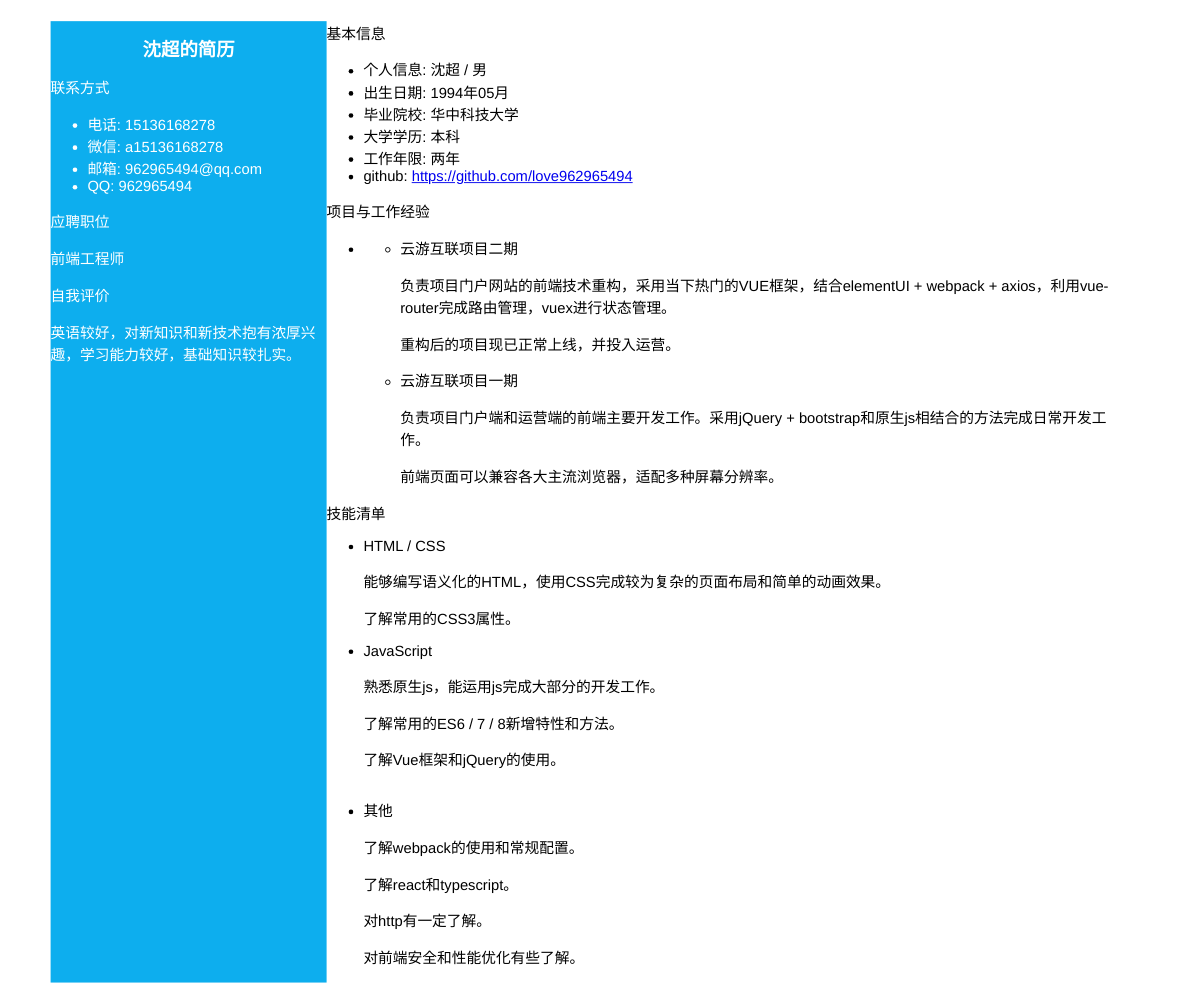
Repository: love962965494/my-resume
Page: index.html
These files come from the project's save history. The page is drawn as it stood at one moment and after the next save; the edit follows.
The browser window is 1280 px wide. The pictures show the whole page, at 92% of full size.
The style sheet was rebuilt from its Sass, Less or Tailwind sources for each picture, by a compiler version that may differ from the author's.

Above is the page before, as saved 2018-09-02 17:21:32.

### index.html
<!DOCTYPE html>
<html lang="en">

<head>
  <meta charset="UTF-8">
  <meta name="viewport" content="width=device-width, initial-scale=1.0">
  <meta http-equiv="X-UA-Compatible" content="ie=edge">
  <title>沈超的简历</title>
  <link rel="stylesheet" href="./styles/myResume.css">
</head>

<body>
  <div id="container" class="container">
    <!-- 左边栏 -->
    <aside class="content__left">
      <!-- 头像区域 -->
      <div class="content__left--title">
        <h2>沈超的简历</h2>
      </div>

      <!-- 联系方式区域 -->
      <div class="content__left--contact">
        <span class="title">
          <i class="fas fa-pencil-alt"></i>
          <span>联系方式</span>
        </span>
        <ul class="contact-list">
          <li>
            <span>
              <i class="fas fa-mobile-alt"></i>
            </span>
            <span>电话:</span>
            <span>15136168278</span>
          </li>
          <li>
            <span>
              <i class="fab fa-weixin"></i>
            </span>
            <span>微信:</span>
            <span>a15136168278</span>
          </li>
          <li>
            <span>
              <i class="far fa-envelope"></i>
            </span>
            <span>邮箱:</span>
            <span>962965494@qq.com</span>
          </li>
          <li>
            <span>
              <i class="fab fa-qq"></i>
            </span>
            <span>QQ:</span>
            <span>962965494</span>
          </li>
        </ul>
      </div>

      <!-- 应聘职位区域 -->
      <div class="content__left--application">
        <span class="title">
          <i class="fas fa-pencil-alt"></i>
          <span>应聘职位</span>
        </span>
        <p class="application-job">前端工程师</p>
      </div>

      <!-- 个人评价区域 -->
      <div class="content__left--evaluation">
        <span class="title">
          <i class="fas fa-pencil-alt"></i>
          <span>自我评价</span>
        </span>
        <p class="self-evaluate">英语较好，对新知识和新技术抱有浓厚兴趣，学习能力较好，基础知识较扎实。</p>
      </div>
    </aside>

    <!-- 右边栏 -->
    <div class="content__right">
      <!-- 基本信息 -->
      <div class="basic-info info">
        <div class="header">
          <i class="fas fa-anchor"></i>
          <span>基本信息</span>
        </div>
        <div class="content">
          <ul>
            <li>
              <span>个人信息:</span>
              <span>沈超&nbsp;/&nbsp;男</span>
            </li>
            <li>
              <span>出生日期:</span>
              <span>1994年05月</span>
            </li>
            <li>
              <span>毕业院校:</span>
              <span>华中科技大学</span>
            </li>
            <li>
              <span>大学学历:</span>
              <span>本科</span>
            </li>
            <li>
              <span>工作年限:</span>
              <span>两年</span>
            </li>
            <li>
              <span>github:</span>
              <span><a href="https://github.com/love962965494" target="_blank">https://github.com/love962965494</a></span>
            </li>
          </ul>
        </div>
      </div>

      <!-- 项目经验 -->
      <div class="experience-info info">
        <div class="header">
          <i class="fas fa-anchor"></i>
          <span>项目与工作经验</span>
        </div>
        <div class="content">
          <ul>
            <li>
              <div class="company-info"></div>
              <ul class="work-experience-list">
                <li>
                  <div class="work-name circle">云游互联项目二期</div>
                  <div class="work-info">
                    <p>负责项目门户网站的前端技术重构，采用当下热门的VUE框架，结合elementUI + webpack + axios，利用vue-router完成路由管理，vuex进行状态管理。</p>
                    <p>重构后的项目现已正常上线，并投入运营。</p>
                  </div>
                  <div class="work-picture"></div>
                </li>
                <li style="padding-top: 0">
                  <div class="work-name circle">云游互联项目一期</div>
                  <div class="work-info">
                    <p>负责项目门户端和运营端的前端主要开发工作。采用jQuery + bootstrap和原生js相结合的方法完成日常开发工作。</p>
                    <p>前端页面可以兼容各大主流浏览器，适配多种屏幕分辨率。</p>
                  </div>
                  <div class="work-picture"></div>
                </li>
              </ul>
            </li>
            </li>
          </ul>
        </div>
      </div>

      <!-- 技能清单 -->
      <div class="skill-info info">
        <div class="header">
          <i class="fas fa-anchor"></i>
          <span>技能清单</span>
        </div>
        <div class="content">
          <ul class="skill-list">
            <li>
              <div class="skill-name circle">HTML / CSS</div>
              <div class="skill-info">
                <p>能够编写语义化的HTML，使用CSS完成较为复杂的页面布局和简单的动画效果。</p>
                <p>了解常用的CSS3属性。</p>
              </div>
            </li>
            <li>
              <div class="skill-name circle">JavaScript</div>
              <div class="skill-info">
                <p>熟悉原生js，能运用js完成大部分的开发工作。</p>
                <p>了解常用的ES6 / 7 / 8新增特性和方法。</p>
                <p>了解Vue框架和jQuery的使用。</p>
              </div>
            </li>
            <li style="border-top: 15px solid transparent;">
              <div class="skill-name circle">其他</div>
              <div class="skill-info">
                <p>了解webpack的使用和常规配置。</p>
                <p>了解react和typescript。</p>
                <p>对http有一定了解。</p>
                <p>对前端安全和性能优化有些了解。</p>
              </div>
            </li>
          </ul>
        </div>
      </div>
    </div>
  </div>
</body>

</html>

### styles/myResume.scss
@mixin text-center {
  text-align: center;
}

@mixin row {
  grid-column: 1 / span 12;
}

@media (min-width: 992px) {
  .container {
    width: 970px;
  }
}

@media (min-width: 1200px) {
  .container {
    width: 1170px;
  }
}

.container {
  display: grid;
  grid-template-columns: 300px 1fr;
  padding: 15px;
  margin: auto;
  font-family: "Helvetica Neue",Helvetica,"PingFang SC","Hiragino Sans GB","Microsoft YaHei","微软雅黑",Arial,sans-serif;
}

.content__left {
  display: grid;
  grid-template-columns: repeat(12, 1fr);
  grid-template-rows: repeat(4, min-content);
  background-color: #0daeee;
  color: #fff;

  &--title {
    @include row;
    @include text-center;
    margin: 15px;

    & > h2 {
      margin: 0;
      font-size: 20px;
    }
  }

  &--contact {
    @include row();
  }

  &--application {
    @include row();
  }

  &--evaluation {
    @include row();
  }
}

After the next save:
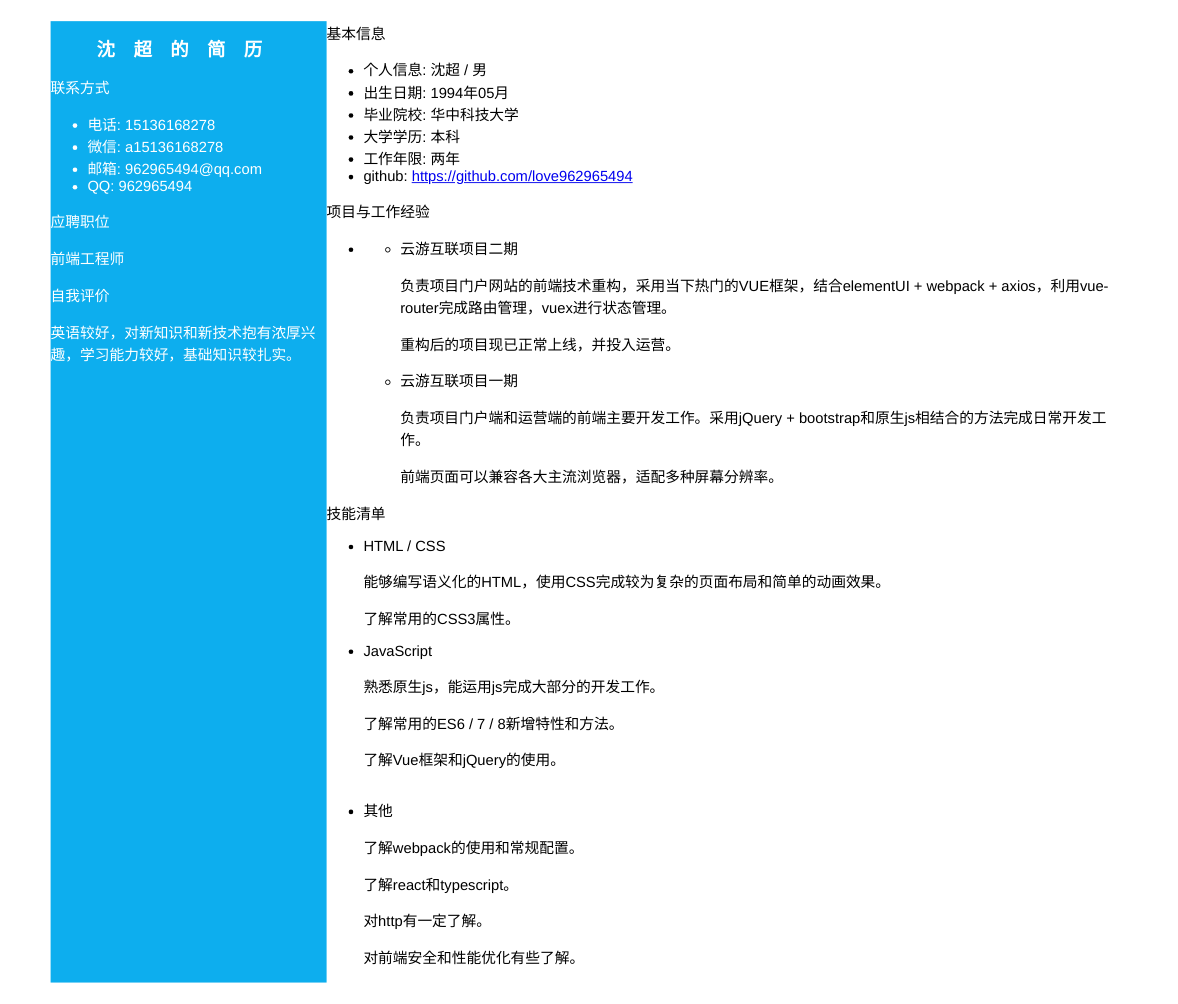
Saved 13 s later.
--- a/styles/myResume.scss
+++ b/styles/myResume.scss
@@ -40,6 +40,7 @@
 
     & > h2 {
       margin: 0;
+      letter-spacing: 1em;
       font-size: 20px;
     }
   }
